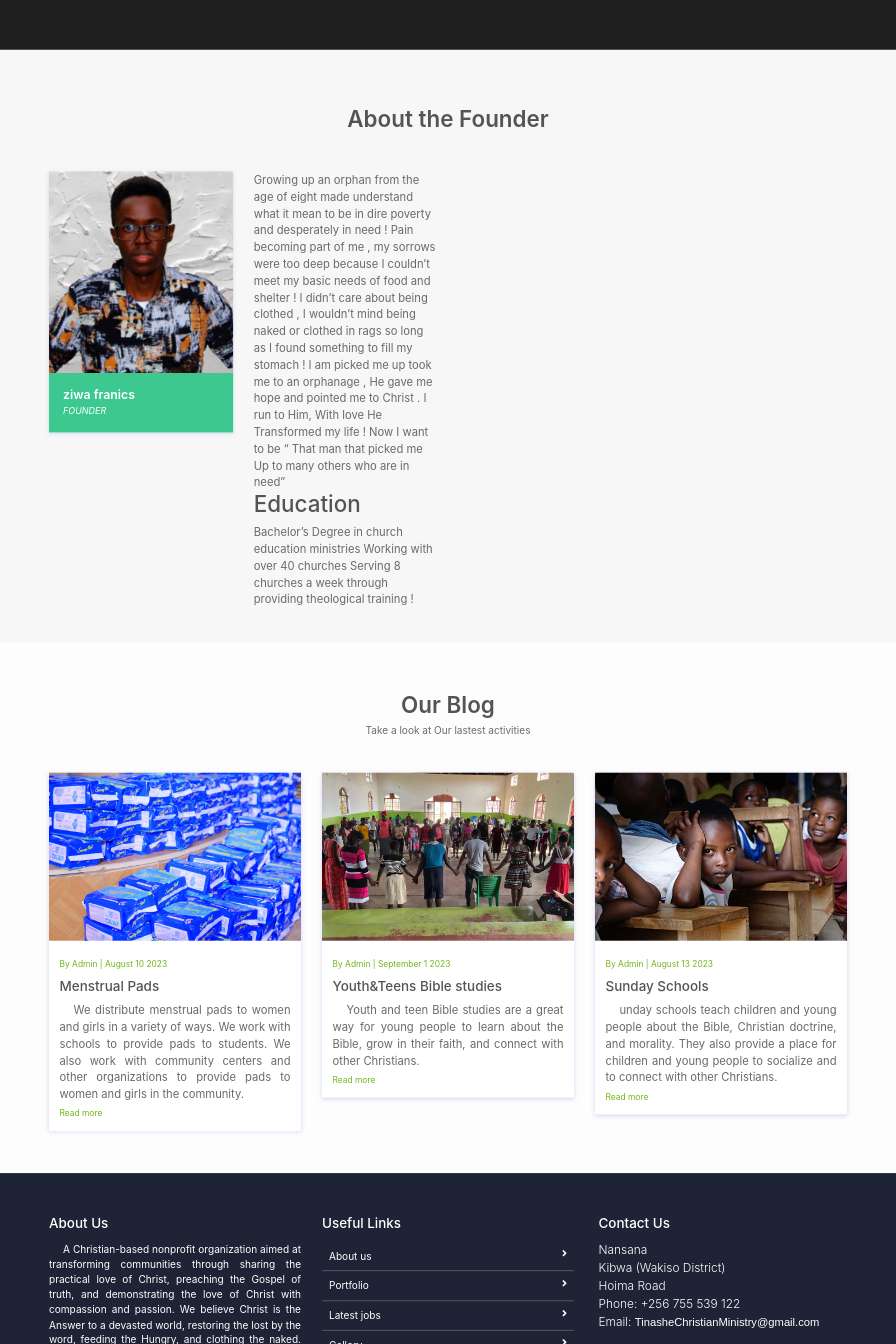
Repository: kluivert-ssali/Zziwa
Page: index.html
These files come from the project's save history. The page is drawn as it stood at one moment and after the next save; the edit follows.
The browser window is 1280 px wide. The pictures show the part of the page from y = 3447 to 5367 px (the page is 5654 px tall before and 5424 px after), at 70% of full size.
Pictures or frames that could not be fetched are drawn as grey boxes. Backgrounds fixed to the window are drawn as part of the page.

Above is the page before, as saved 2023-11-27 21:59:14.

After the next save:
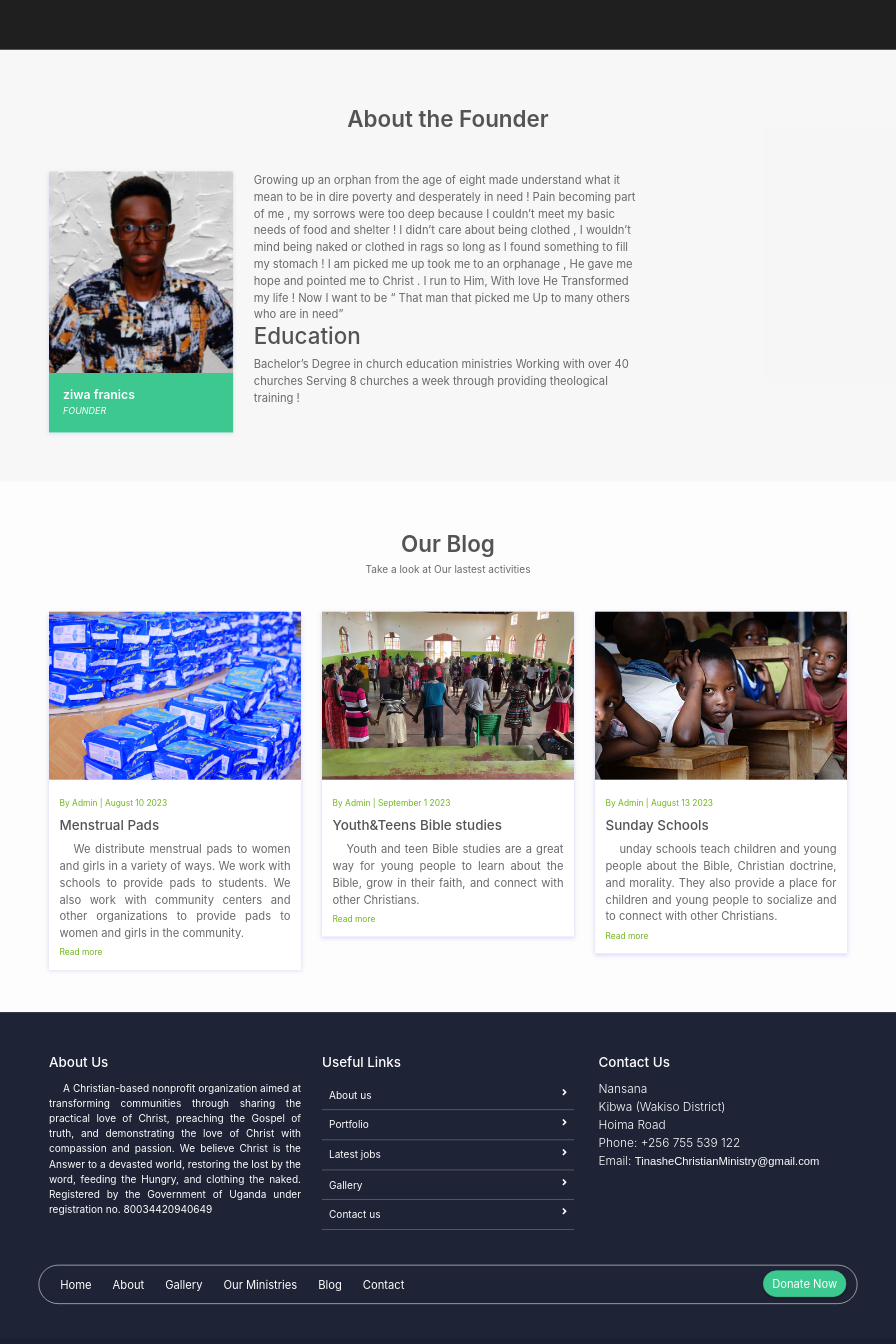
Saved 9 s later.
--- a/index.html
+++ b/index.html
@@ -412,7 +412,7 @@
               </div>
             </div>
           </div> -->
-          <div class="col-md-3">
+          <div class="col-md-6">
             <div>
               <p>
                 Growing up an orphan from the age of eight made understand what
